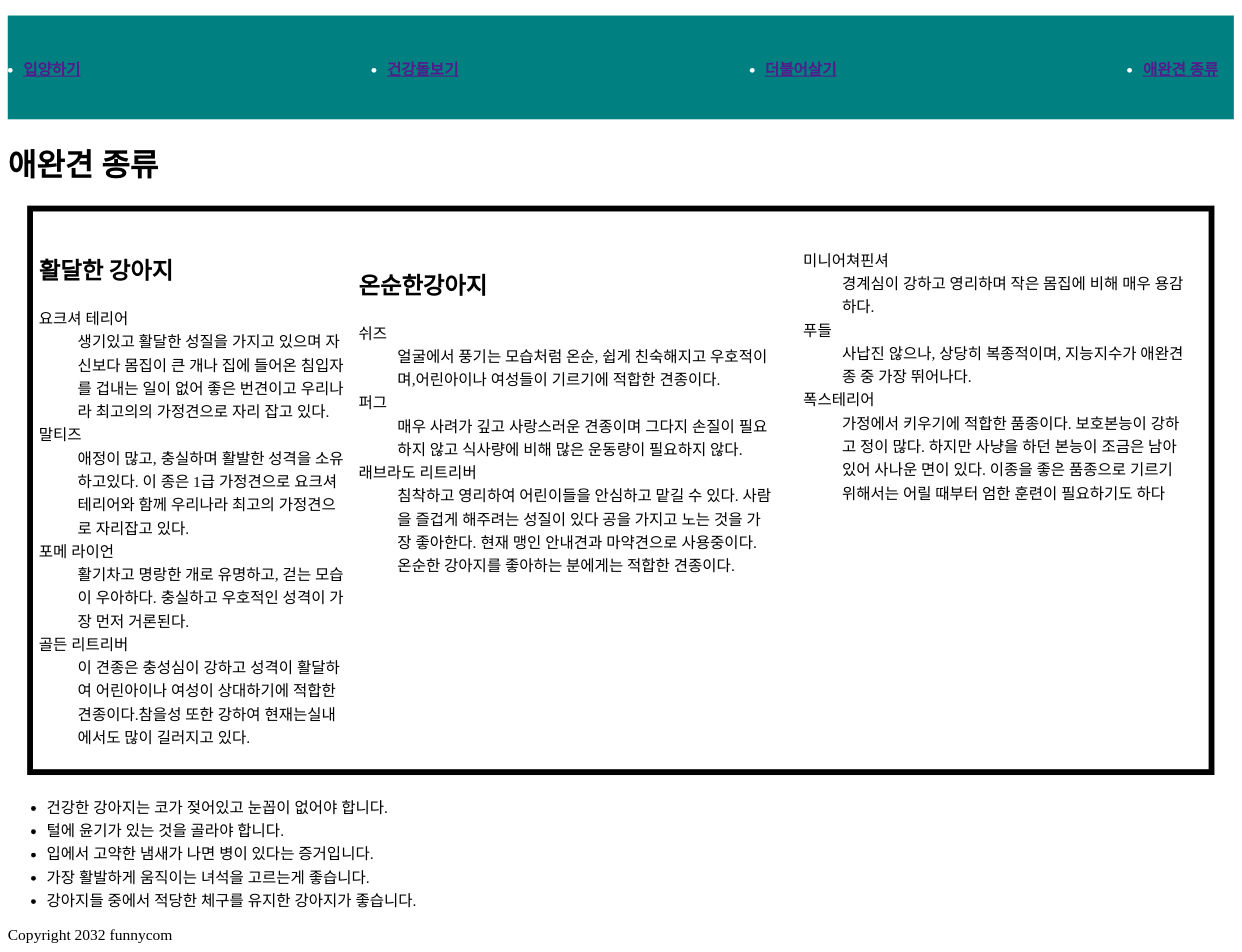
Repository: chlguswns1/web-practice
Page: HTML/src/main/webapp/ps.html
An editor plug-in stored every save of this project. The page is shown before and after the next save, followed by the edit.
The browser window is 1280 px wide. The pictures show the whole page, at 97% of full size.

Above is the page before, as saved 2023-03-07 01:37:28.

After the next save:
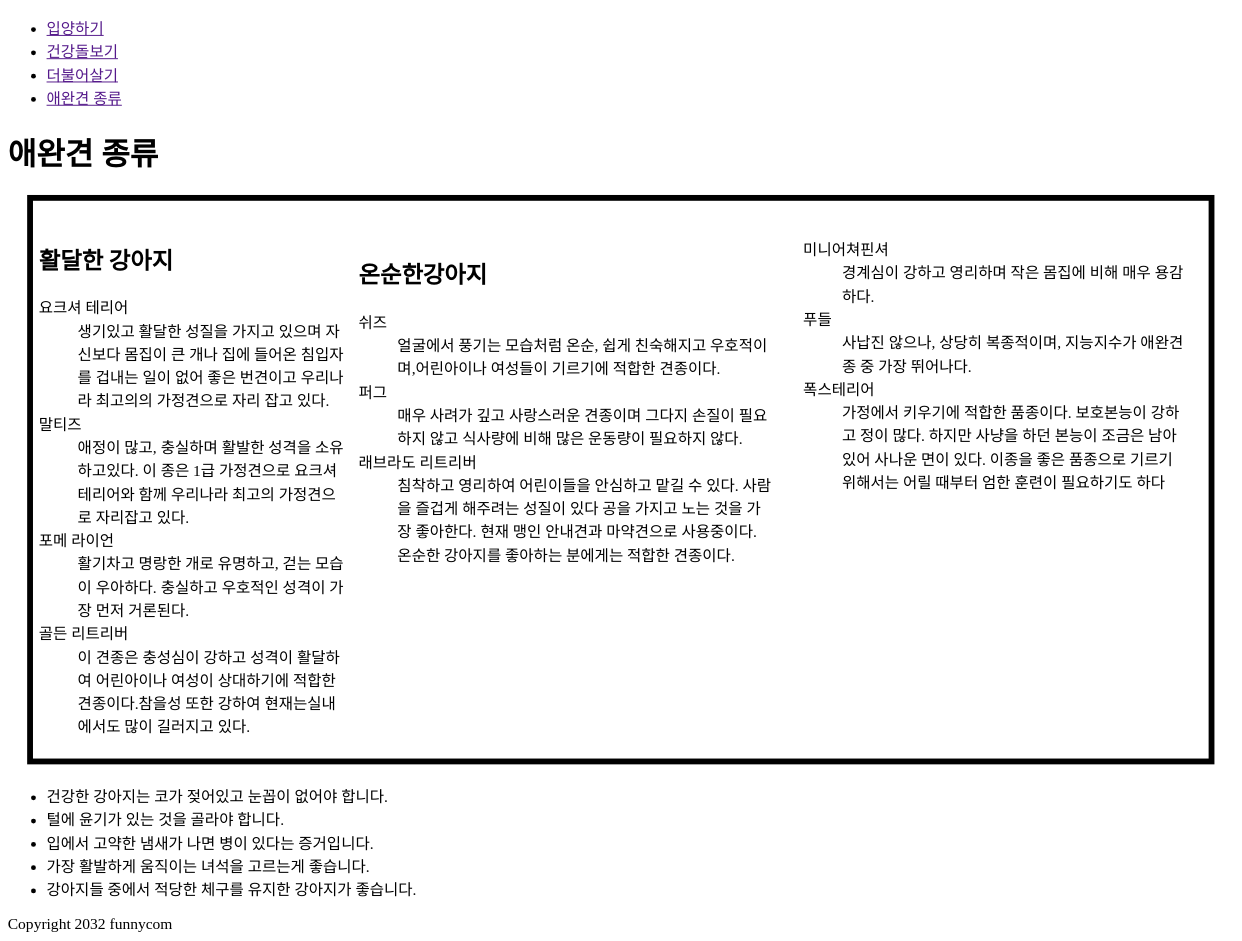
Saved 19 s later.
--- a/HTML/src/main/webapp/ps.css
+++ b/HTML/src/main/webapp/ps.css
@@ -17,7 +17,7 @@
 		padding: 15px;
 		border: 15px;
 }
-.top{
+#top{
 	  height: 75px;
   padding: 1rem;
   color: white;
